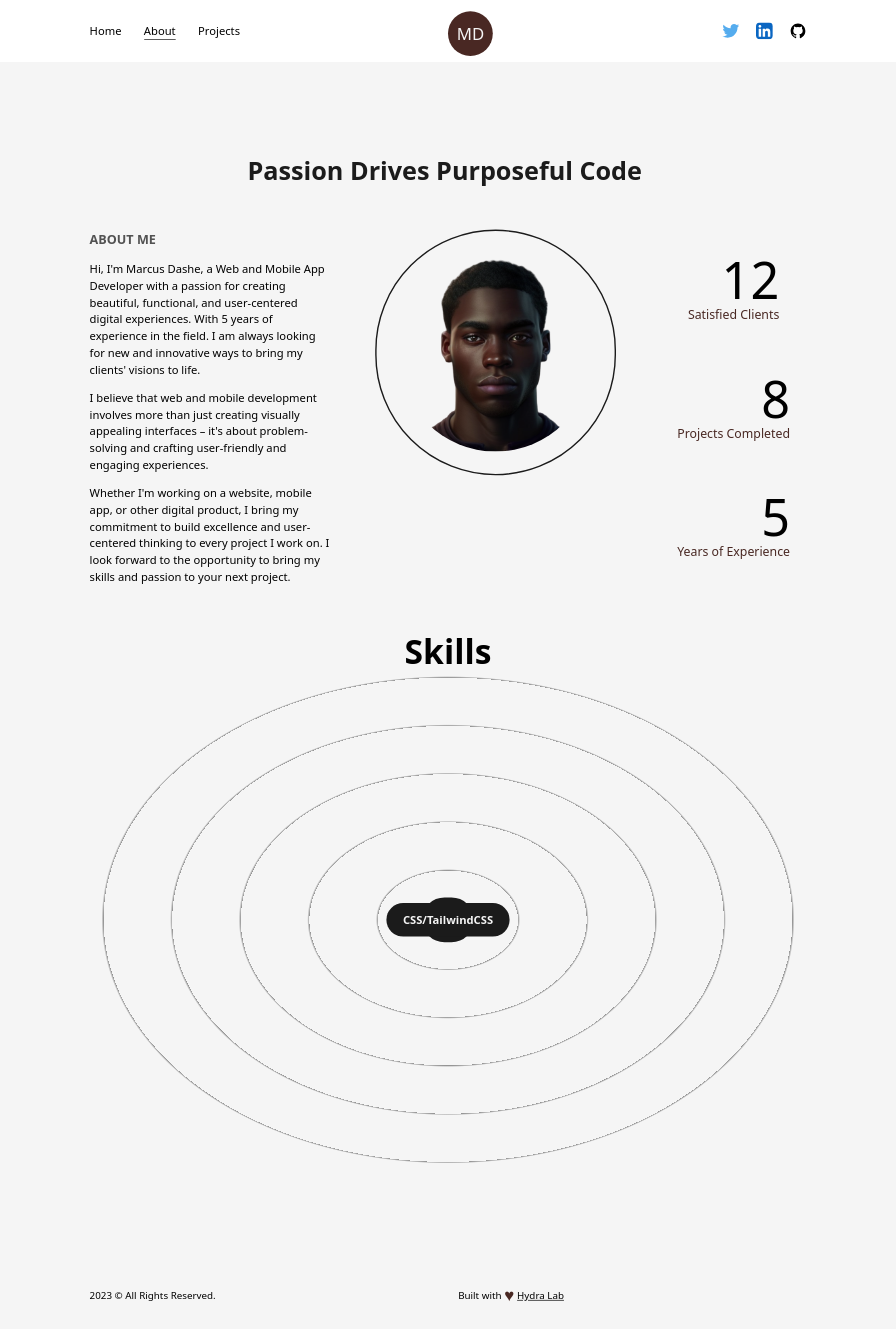
Repository: marcusdashe/situs
Page: /about
The author's editor kept a copy of each file at every save. The page is drawn from the files as they stood at one save, then again after the next save.
The browser window is 1280 px wide. The pictures show the whole page, at 70% of full size.
The project was rebuilt for these pictures with package versions that can differ from the ones it lists, and the page was loaded fresh each time. The framework's server and built-in components were replaced by stand-ins that run in the browser.

Above is the page before, as saved 2023-07-23 12:34:34.

After the next save:
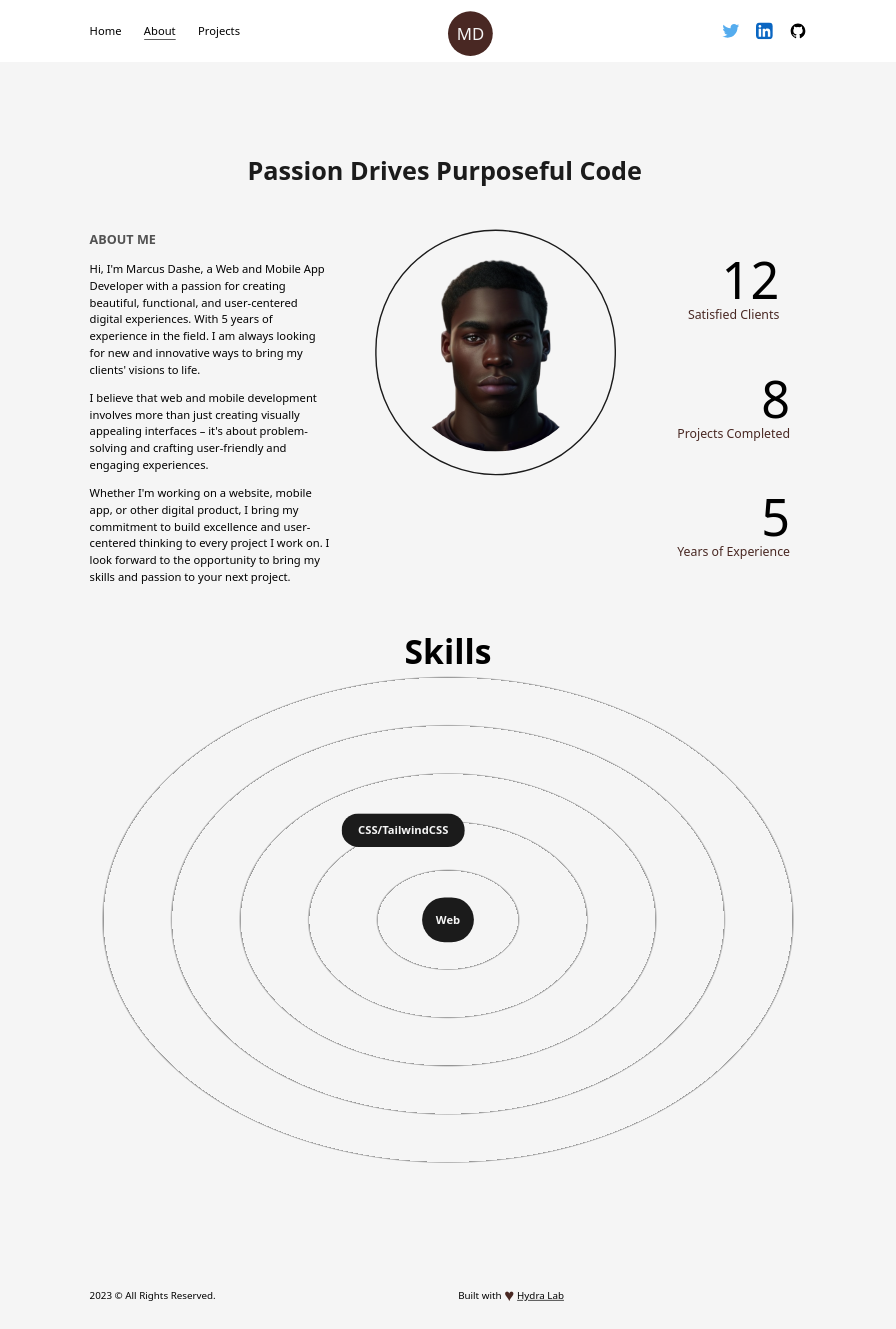
Saved 2 min 16 s later.
--- a/src/components/Skills.jsx
+++ b/src/components/Skills.jsx
@@ -6,6 +6,9 @@ const Skill = ({ name, x, y }) => {
     <motion.div
       className="flex items-center justify-center rounded-full font-semibold bg-dark text-light  py-3 px-6 shadow-dark cursor-pointer absolute"
       whileHover={{ scale: 1.05 }}
+      initial={{ x: 0, y: 0 }}
+      animate={{ x: x, y: y }}
+      transition={{ duration: 1.5 }}
     >
       {name}
     </motion.div>
